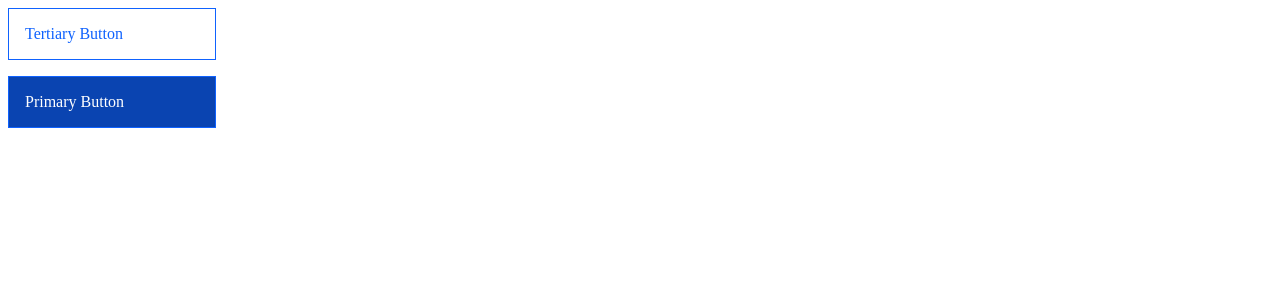
Repository: prav10194/ibm-carbon-components-vanilla
Page: buttons/index.html
An editor plug-in stored every save of this project. The page is shown before and after the next save, followed by the edit.
The browser window is 1280 px wide. The pictures show the whole page.
The pointer rests on the first visible `.primary-button`.
Some web fonts or font styles are not loaded; a fallback is used.

Above is the page before, as saved 2020-11-12 19:38:22.

After the next save:
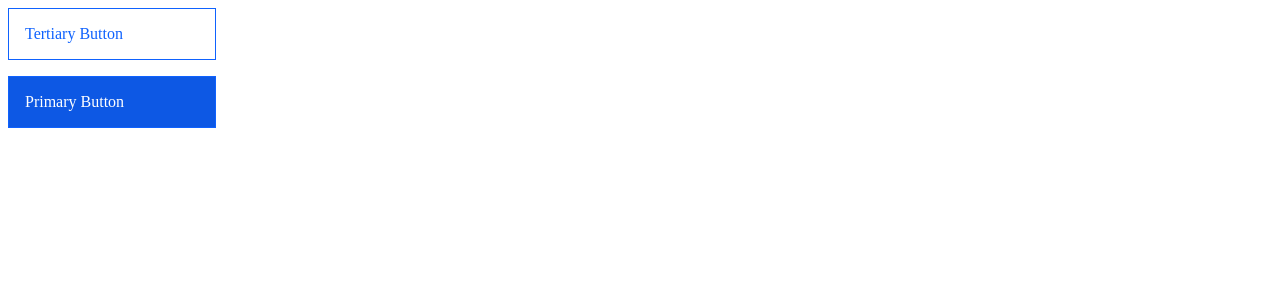
Saved 28 s later.
--- a/buttons/index.css
+++ b/buttons/index.css
@@ -26,6 +26,6 @@
 .primary-button:hover {
     /* background-color: #0f62fe; */
     /* color: white; */
-    background-color: #0a44b1;
+    background-color: #0d58e4;
     cursor: pointer;
 }
